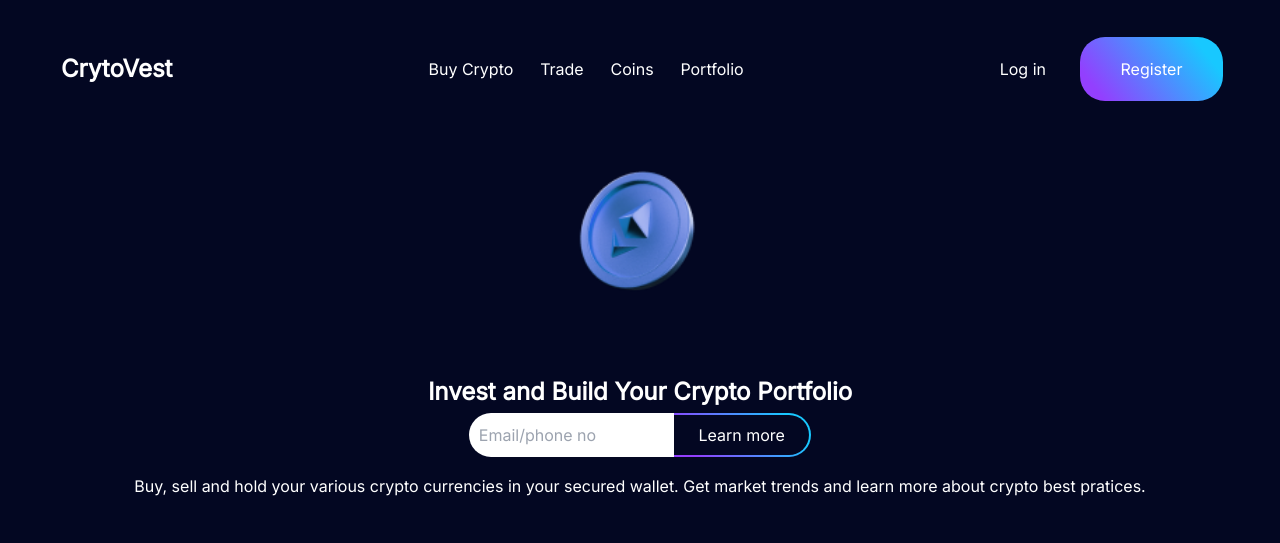
Repository: Eugene44-hub/cryptovest
Page: /
The author's editor kept a copy of each file at every save. The page is drawn from the files as they stood at one save, then again after the next save.
The browser window is 1280 px wide. The pictures show the whole page.
The project was rebuilt for these pictures with package versions that can differ from the ones it lists, and the page was loaded fresh each time. Also part of the build but not shown: vite.config.ts.

Above is the page before, as saved 2022-07-15 22:34:49.

After the next save:
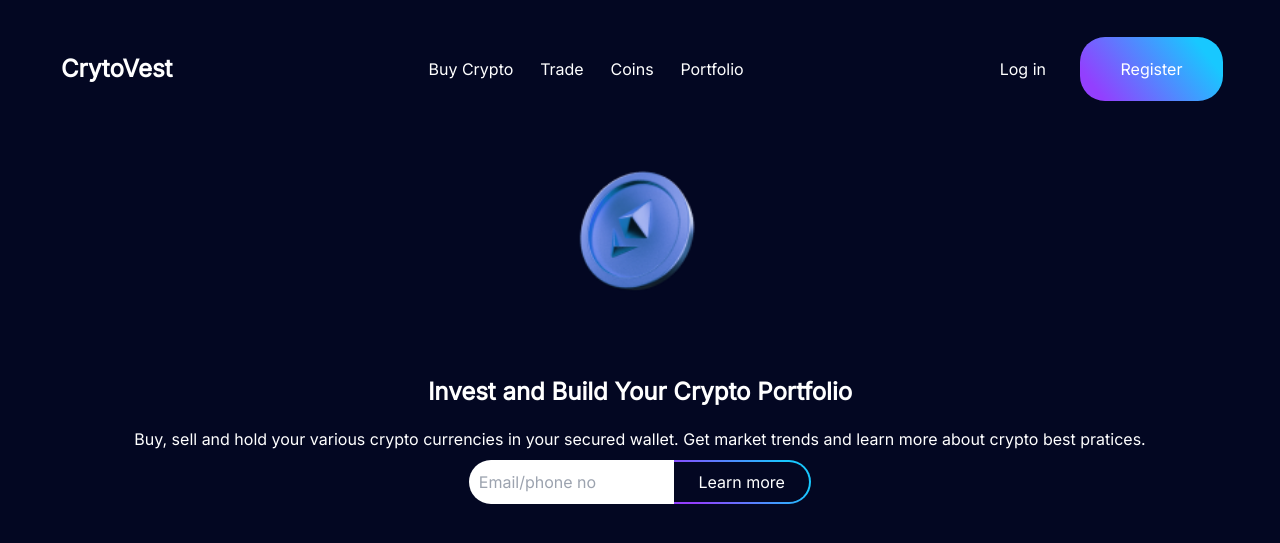
Saved 17 s later.
--- a/src/components/hero/Hero.tsx
+++ b/src/components/hero/Hero.tsx
@@ -18,7 +18,7 @@
           {/* <figure className='flex justify-end'>
           <img src={liteCoin} className={"w-[20%] "} alt="" />
           </figure> */}
-          <div className='flex m-auto rounded-[25px] mt-[3px] overflow-hidden'>
+          <div className='flex m-auto order-2 rounded-[25px] mt-[3px] overflow-hidden'>
             <input type="text" className='p-[10px] w-[60%]' placeholder='Email/phone no' />
             <div className={`${styles.btnContainer} flex-1 p-[2px]  pl-0`}>
               <button className={` w-full h-full  ${styles.inputBtn}`}>
